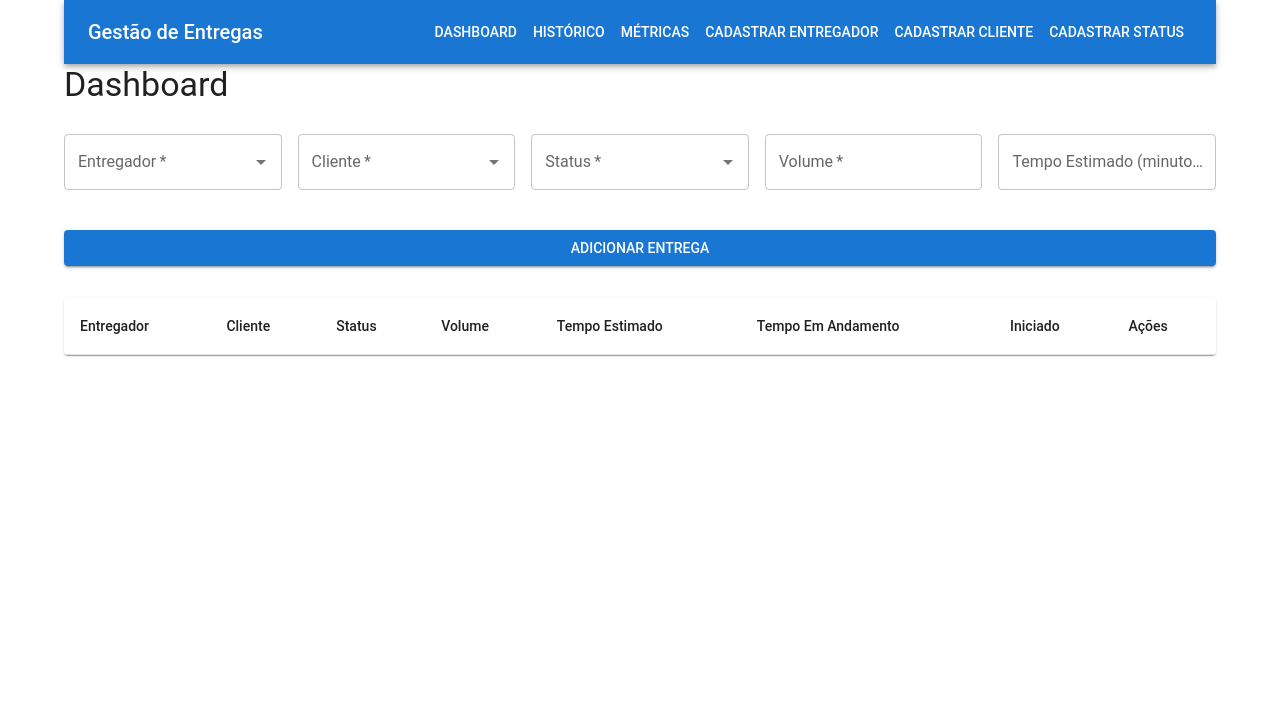
Repository: feliperanon/mobilegestao
Page: /dashboard (app in frontend/)
These files come from the project's save history. The page is drawn as it stood at one moment and after the next save; the edit follows.
The browser window is 1280 px wide. The pictures show the whole page.
The page's requests for data from a server got no answer. The project was rebuilt for these pictures with package versions that can differ from the ones it lists, and the page was loaded fresh each time. No one was signed in, and anything a server would have sent is missing. Also part of the build but not shown: frontend/webpack.config.js, frontend/src/pages/Home.js, frontend/src/pages/History.js, frontend/src/pages/Analysis.js, frontend/src/components/Login.js, frontend/src/components/Register.js, frontend/src/components/AddEntregador.js, frontend/src/components/AddCliente.js and 2 more.

Above is the page before, as saved 2024-07-20 20:03:16.

### frontend/public/index.html
<!-- frontend/public/index.html -->

<!DOCTYPE html>
<html lang="en">
<head>
    <meta charset="UTF-8">
    <meta name="viewport" content="width=device-width, initial-scale=1.0">
    <title>Mobile Gestão</title>
</head>
<body>
    <div id="root"></div>
</body>
</html>

### frontend/src/index.js
import React from 'react';
import { createRoot } from 'react-dom/client';
import { BrowserRouter as Router, Route, Routes } from 'react-router-dom';
import { ThemeProvider, createTheme } from '@mui/material/styles';
import CssBaseline from '@mui/material/CssBaseline';
import Home from './pages/Home';
import History from './pages/History';
import Analysis from './pages/Analysis';
import Dashboard from './components/Dashboard';
import Login from './components/Login';
import Register from './components/Register';
import AddEntregador from './components/AddEntregador';
import AddCliente from './components/AddCliente';
import AddStatus from './components/AddStatus';
import Metrics from './components/Metrics';

const theme = createTheme({
  palette: {
    primary: {
      main: '#1976d2',
    },
    secondary: {
      main: '#dc004e',
    },
  },
  typography: {
    fontFamily: 'Roboto, Arial, sans-serif',
  },
});

const container = document.getElementById('root');
const root = createRoot(container);

root.render(
  <ThemeProvider theme={theme}>
    <CssBaseline />
    <Router>
      <Routes>
        <Route path="/" element={<Home />} />
        <Route path="/login" element={<Login />} />
        <Route path="/register" element={<Register />} />
        <Route path="/dashboard" element={<Dashboard />} />
        <Route path="/history" element={<History />} />
        <Route path="/analysis" element={<Analysis />} />
        <Route path="/metrics" element={<Metrics />} />
        <Route path="/add-entregador" element={<AddEntregador />} />
        <Route path="/add-cliente" element={<AddCliente />} />
        <Route path="/add-status" element={<AddStatus />} />
      </Routes>
    </Router>
  </ThemeProvider>
);

### frontend/src/components/Dashboard.js
import React, { useEffect, useState } from 'react';
import axios from 'axios';
import {
  Container,
  Typography,
  Box,
  Button,
  Table,
  TableBody,
  TableCell,
  TableContainer,
  TableHead,
  TableRow,
  Paper,
  IconButton,
  Dialog,
  DialogActions,
  DialogContent,
  DialogContentText,
  DialogTitle,
  TextField,
} from '@mui/material';
import Autocomplete from '@mui/material/Autocomplete';
import EditIcon from '@mui/icons-material/Edit';
import DeleteIcon from '@mui/icons-material/Delete';
import DoneIcon from '@mui/icons-material/Done';
import Navigation from './Navigation';

const Dashboard = () => {
  const [deliveries, setDeliveries] = useState([]);
  const [entregadores, setEntregadores] = useState([]);
  const [clientes, setClientes] = useState([]);
  const [statusList, setStatusList] = useState([]);
  const [entregador, setEntregador] = useState(null);
  const [cliente, setCliente] = useState(null);
  const [status, setStatus] = useState(null);
  const [volume, setVolume] = useState('');
  const [tempoEstimado, setTempoEstimado] = useState('');
  const [editDialogOpen, setEditDialogOpen] = useState(false);
  const [editDeliveryId, setEditDeliveryId] = useState(null);
  const [editEntregador, setEditEntregador] = useState(null);
  const [deleteDialogOpen, setDeleteDialogOpen] = useState(false);
  const [deleteDeliveryId, setDeleteDeliveryId] = useState(null);

  useEffect(() => {
    const fetchData = async () => {
      const deliveriesRes = await axios.get('http://localhost:5008/api/deliveries');
      const updatedDeliveries = deliveriesRes.data.map(delivery => ({
        ...delivery,
        tempoEmAndamento: Math.floor((Date.now() - new Date(delivery.iniciado)) / 60000)
      }));
      setDeliveries(updatedDeliveries);

      const entregadoresRes = await axios.get('http://localhost:5008/api/lists/entregadores');
      setEntregadores(entregadoresRes.data);

      const clientesRes = await axios.get('http://localhost:5008/api/lists/clientes');
      setClientes(clientesRes.data);

      const statusRes = await axios.get('http://localhost:5008/api/lists/status');
      setStatusList(statusRes.data);
    };

    fetchData();

    const intervalId = setInterval(() => {
      setDeliveries((prevDeliveries) =>
        prevDeliveries.map((delivery) => ({
          ...delivery,
          tempoEmAndamento: Math.floor((Date.now() - new Date(delivery.iniciado)) / 60000)
        }))
      );
    }, 60000);

    return () => clearInterval(intervalId);
  }, []);

  const handleSubmit = async (e) => {
    e.preventDefault();
    if (!entregador || !cliente || !status) {
      alert('Por favor, preencha todos os campos obrigatórios.');
      return;
    }
    try {
      const res = await axios.post('http://localhost:5008/api/deliveries', {
        entregador: entregador?.nome,
        cliente: cliente?.nome,
        status: status?.nome,
        volume,
        tempoEstimado,
      });
      setDeliveries([{
        ...res.data,
        tempoEmAndamento: 0
      }, ...deliveries]);
      setEntregador(null);
      setCliente(null);
      setStatus(null);
      setVolume('');
      setTempoEstimado('');
    } catch (err) {
      console.error(err);
    }
  };

  const handleEditSubmit = async (e) => {
    e.preventDefault();
    try {
      await axios.patch(`http://localhost:5008/api/deliveries/${editDeliveryId}`, { entregador: editEntregador?.nome });
      const updatedDeliveries = deliveries.map((delivery) =>
        delivery._id === editDeliveryId ? { ...delivery, entregador: editEntregador?.nome } : delivery
      );
      setDeliveries(updatedDeliveries);
      setEditDialogOpen(false);
      setEditDeliveryId(null);
      setEditEntregador(null);
    } catch (err) {
      console.error(err);
    }
  };

  const handleFinalize = async (id) => {
    try {
      await axios.patch(`http://localhost:5008/api/deliveries/${id}/finalize`);
      const updatedDeliveries = deliveries.filter((delivery) => delivery._id !== id);
      setDeliveries(updatedDeliveries);
    } catch (err) {
      console.error(err);
    }
  };

  const handleDelete = async (id) => {
    try {
      await axios.delete(`http://localhost:5008/api/deliveries/${id}`);
      const updatedDeliveries = deliveries.filter((delivery) => delivery._id !== id);
      setDeliveries(updatedDeliveries);
      closeDeleteDialog();
    } catch (err) {
      console.error(err);
    }
  };

  const openEditDialog = (id, currentEntregador) => {
    setEditDeliveryId(id);
    setEditEntregador({ nome: currentEntregador });
    setEditDialogOpen(true);
  };

  const openDeleteDialog = (id) => {
    setDeleteDeliveryId(id);
    setDeleteDialogOpen(true);
  };

  const closeEditDialog = () => {
    setEditDialogOpen(false);
    setEditDeliveryId(null);
    setEditEntregador(null);
  };

  const closeDeleteDialog = () => {
    setDeleteDialogOpen(false);
    setDeleteDeliveryId(null);
  };

  return (
    <Container>
      <Navigation />
      <Typography variant="h4" component="h1" gutterBottom>
        Dashboard
      </Typography>
      <Box component="form" onSubmit={handleSubmit} sx={{ mb: 4, display: 'flex', flexDirection: 'row', flexWrap: 'wrap', gap: 2 }}>
        <Autocomplete
          options={entregadores}
          getOptionLabel={(option) => option.nome}
          value={entregador}
          onChange={(event, newValue) => setEntregador(newValue)}
          renderInput={(params) => <TextField {...params} label="Entregador" margin="normal" fullWidth required />}
          sx={{ flex: 1 }}
        />
        <Autocomplete
          options={clientes}
          getOptionLabel={(option) => option.nome}
          value={cliente}
          onChange={(event, newValue) => setCliente(newValue)}
          renderInput={(params) => <TextField {...params} label="Cliente" margin="normal" fullWidth required />}
          sx={{ flex: 1 }}
        />
        <Autocomplete
          options={statusList}
          getOptionLabel={(option) => option.nome}
          value={status}
          onChange={(event, newValue) => setStatus(newValue)}
          renderInput={(params) => <TextField {...params} label="Status" margin="normal" fullWidth required />}
          sx={{ flex: 1 }}
        />
        <TextField
          label="Volume"
          type="number"
          value={volume}
          onChange={(e) => setVolume(e.target.value)}
          fullWidth
          required
          margin="normal"
          sx={{ flex: 1 }}
        />
        <TextField
          label="Tempo Estimado (minutos)"
          type="number"
          value={tempoEstimado}
          onChange={(e) => setTempoEstimado(e.target.value)}
          fullWidth
          required
          margin="normal"
          sx={{ flex: 1 }}
        />
        <Button type="submit" variant="contained" color="primary" sx={{ mt: 2, flexBasis: '100%' }}>
          Adicionar Entrega
        </Button>
      </Box>
      <TableContainer component={Paper}>
        <Table>
          <TableHead>
            <TableRow>
              <TableCell>Entregador</TableCell>
              <TableCell>Cliente</TableCell>
              <TableCell>Status</TableCell>
              <TableCell>Volume</TableCell>
              <TableCell>Tempo Estimado</TableCell>
              <TableCell>Tempo Em Andamento</TableCell>
              <TableCell>Iniciado</TableCell>
              <TableCell>Ações</TableCell>
            </TableRow>
          </TableHead>
          <TableBody>
            {deliveries.map((delivery) => (
              <TableRow key={delivery._id}>
                <TableCell>{delivery.entregador}</TableCell>
                <TableCell>{delivery.cliente}</TableCell> {/* Tratamento como string */}
                <TableCell>{delivery.status}</TableCell>
                <TableCell>{delivery.volume}</TableCell>
                <TableCell>{delivery.tempoEstimado}</TableCell>
                <TableCell>{delivery.tempoEmAndamento}</TableCell>
                <TableCell>{new Date(delivery.iniciado).toLocaleString()}</TableCell>
                <TableCell>
                  <IconButton onClick={() => openEditDialog(delivery._id, delivery.entregador)}>
                    <EditIcon />
                  </IconButton>
                  <IconButton onClick={() => handleFinalize(delivery._id)}>
                    <DoneIcon />
                  </IconButton>
                  <IconButton onClick={() => openDeleteDialog(delivery._id)}>
                    <DeleteIcon />
                  </IconButton>
                </TableCell>
              </TableRow>
            ))}
          </TableBody>
        </Table>
      </TableContainer>

      <Dialog open={editDialogOpen} onClose={closeEditDialog}>
        <DialogTitle>Editar Entregador</DialogTitle>
        <DialogContent>
          <DialogContentText>Selecione um novo entregador para a entrega.</DialogContentText>
          <Autocomplete
            options={entregadores}
            getOptionLabel={(option) => option.nome}
            value={editEntregador}
            onChange={(event, newValue) => setEditEntregador(newValue)}
            renderInput={(params) => <TextField {...params} label="Entregador" margin="normal" fullWidth required />}
          />
        </DialogContent>
        <DialogActions>
          <Button onClick={closeEditDialog}>Cancelar</Button>
          <Button onClick={handleEditSubmit} color="primary">Salvar</Button>
        </DialogActions>
      </Dialog>

      <Dialog open={deleteDialogOpen} onClose={closeDeleteDialog}>
        <DialogTitle>Confirmar Exclusão</DialogTitle>
        <DialogContent>
          <DialogContentText>Tem certeza de que deseja excluir esta entrega?</DialogContentText>
        </DialogContent>
        <DialogActions>
          <Button onClick={closeDeleteDialog}>Cancelar</Button>
          <Button onClick={() => handleDelete(deleteDeliveryId)} color="primary">Excluir</Button>
        </DialogActions>
      </Dialog>
    </Container>
  );
};

export default Dashboard;

### frontend/src/components/Navigation.js
import React from 'react';
import { Link } from 'react-router-dom';
import { AppBar, Toolbar, Typography, Button } from '@mui/material';

const Navigation = () => {
  return (
    <AppBar position="static">
      <Toolbar>
        <Typography variant="h6" sx={{ flexGrow: 1 }}>
          Gestão de Entregas
        </Typography>
        <Button color="inherit" component={Link} to="/dashboard">Dashboard</Button>
        <Button color="inherit" component={Link} to="/history">Histórico</Button>
        <Button color="inherit" component={Link} to="/metrics">Métricas</Button>
        <Button color="inherit" component={Link} to="/add-entregador">Cadastrar Entregador</Button>
        <Button color="inherit" component={Link} to="/add-cliente">Cadastrar Cliente</Button>
        <Button color="inherit" component={Link} to="/add-status">Cadastrar Status</Button>
      </Toolbar>
    </AppBar>
  );
};

export default Navigation;

After the next save:
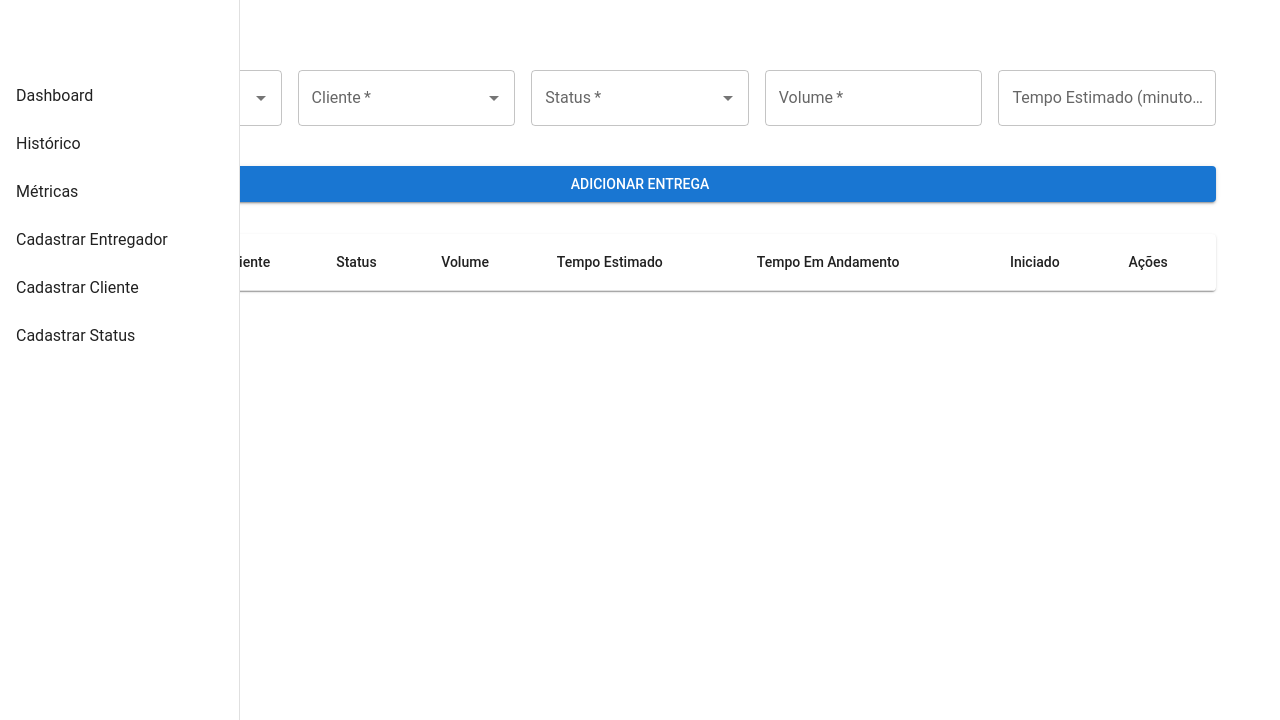
Saved 87 s later.
--- a/frontend/src/components/Navigation.js
+++ b/frontend/src/components/Navigation.js
@@ -1,22 +1,41 @@
 import React from 'react';
 import { Link } from 'react-router-dom';
-import { AppBar, Toolbar, Typography, Button } from '@mui/material';
+import { Box, Typography, Button, Drawer, Toolbar, List, ListItem, ListItemText } from '@mui/material';
 
 const Navigation = () => {
   return (
-    <AppBar position="static">
-      <Toolbar>
-        <Typography variant="h6" sx={{ flexGrow: 1 }}>
-          Gestão de Entregas
-        </Typography>
-        <Button color="inherit" component={Link} to="/dashboard">Dashboard</Button>
-        <Button color="inherit" component={Link} to="/history">Histórico</Button>
-        <Button color="inherit" component={Link} to="/metrics">Métricas</Button>
-        <Button color="inherit" component={Link} to="/add-entregador">Cadastrar Entregador</Button>
-        <Button color="inherit" component={Link} to="/add-cliente">Cadastrar Cliente</Button>
-        <Button color="inherit" component={Link} to="/add-status">Cadastrar Status</Button>
-      </Toolbar>
-    </AppBar>
+    <Drawer
+      variant="permanent"
+      sx={{
+        width: 240,
+        flexShrink: 0,
+        [`& .MuiDrawer-paper`]: { width: 240, boxSizing: 'border-box' },
+      }}
+    >
+      <Toolbar />
+      <Box sx={{ overflow: 'auto' }}>
+        <List>
+          <ListItem button component={Link} to="/dashboard">
+            <ListItemText primary="Dashboard" />
+          </ListItem>
+          <ListItem button component={Link} to="/history">
+            <ListItemText primary="Histórico" />
+          </ListItem>
+          <ListItem button component={Link} to="/metrics">
+            <ListItemText primary="Métricas" />
+          </ListItem>
+          <ListItem button component={Link} to="/add-entregador">
+            <ListItemText primary="Cadastrar Entregador" />
+          </ListItem>
+          <ListItem button component={Link} to="/add-cliente">
+            <ListItemText primary="Cadastrar Cliente" />
+          </ListItem>
+          <ListItem button component={Link} to="/add-status">
+            <ListItemText primary="Cadastrar Status" />
+          </ListItem>
+        </List>
+      </Box>
+    </Drawer>
   );
 };
 
